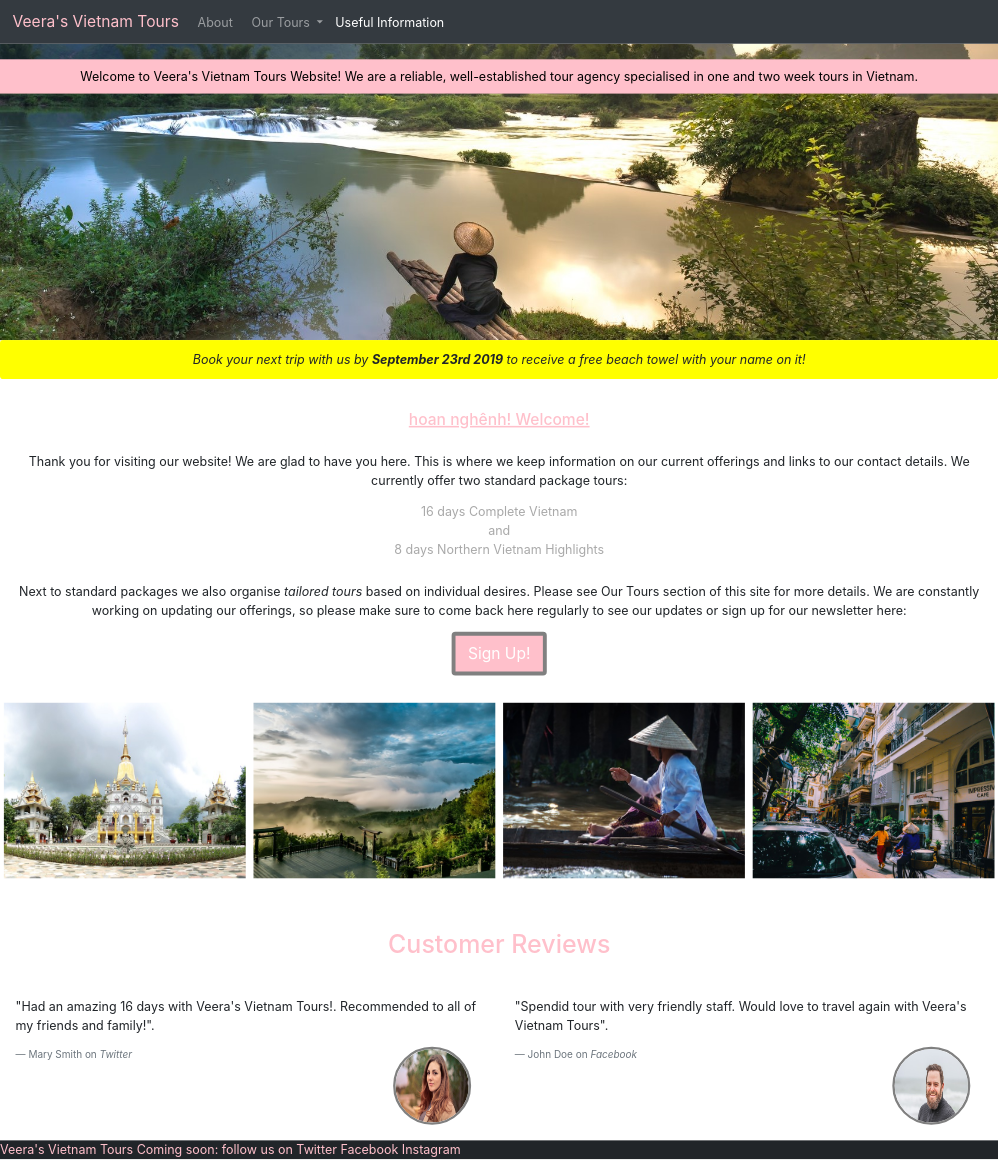
Repository: VAhola/VietnamTour
Page: index.html
The author's editor kept a record of every edit. The page is drawn from the files as they stood at one moment, then again after the next edit.
The browser window is 1280 px wide. The pictures show the whole page, at 78% of full size.

Above is the page before.

### index.html
<!DOCTYPE html>
<html lang="en">
<head>
    <meta charset="UTF-8">
    <meta name="viewport" content="width=device-width, initial-scale=1.0">
    <meta http-equiv="X-UA-Compatible" content="ie=edge">
    <link rel="stylesheet" href="https://stackpath.bootstrapcdn.com/bootstrap/4.3.1/css/bootstrap.min.css" type="text/css" />
    <link rel="stylesheet" href="https://stackpath.bootstrapcdn.com/font-awesome/4.7.0/css/font-awesome.min.css" type="text/css" />
    <link rel="stylesheet" href="style.css" type="text/css" />
    <title>Vietnam Project</title>
</head>
<body>

<!--Nav-->

<nav class="navbar navbar-dark navbar-expand-sm bg-dark">
    <a href="index.html" class="navbar-brand title">Veera's Vietnam Tours</a>
    <button class="navbar-toggler ml-auto" type="button" data-toggle="collapse" data-target="#navbarNavDropdown" aria-controls="navbarNavDropdown" aria-expanded="false" aria-label="Toggle navigation">
        <span class="navbar-toggler-icon"></span>
    </button>
    <div class="collapse navbar-collapse" id="navbarNavDropdown">
        <ul class="navbar-nav mr-auto">
            <li class="nav-item mr-2"><a class="nav-link" href="about.html">About</a></li>
            <li class="nav-item dropdown">
                <a class="nav-link dropdown-toggle" href="#" id="navbarDropdownMenuLink" role="button" data-toggle="dropdown" aria-haspopup="true" aria-expanded="false">
                  Our Tours
                </a>
                    <div class="dropdown-menu" aria-labelledby="navbarDropdownMenuLink">
                        <a class="dropdown-item" href="16d.html">16 Day Complete Vietnam</a>
                        <a class="dropdown-item" href="8d.html">8 Days Vietnam at glance</a>
                        <a class="dropdown-item" href="#">Customised Tours</a>
                    </div>
            </li>
            <li class="active nav-item mr-2"><a class="nav-link" href="Info.html">Useful Information</a></li>
        </ul>
    </div>
</nav>

<!-- /.nav -->

<!--Banner-->

<div class="section1">
    <p class="intro">
     Welcome to Veera's Vietnam Tours Website!

     We are a reliable, well-established tour agency specialised in one and two week tours in Vietnam.
    </p>
 </div>

<!-- /.banner -->

    <div class="alert towel"><em>Book your next trip with us by <strong>September 23rd 2019</strong>  to receive a free beach towel with your name on it!</em></div>


<div>
      <h5>hoan nghênh! Welcome!</h5>
<div class="desth">


     <p>Thank you for visiting our website! We are glad to have you here. This is where we keep information on our current offerings and links to our contact details.
    We currently offer two standard package tours:</p>
    <div class="tours">
        <p class="compact">16 days Complete Vietnam </p>
        <p class="compact">and</p>
        <p class="compact">8 days Northern Vietnam Highlights</p>
    </div>

     <p>Next to standard packages we also organise <em>tailored tours</em> based on individual desires. Please see Our Tours section of this site for more details. We are constantly working on updating our offerings, so please make sure to come back here regularly to see our updates or sign up for our newsletter here:
<br>

    <p><button class="btn btn-lg btn-success1" data-toggle="modal" data-target="#signUpModal">Sign Up!</button></p>
     </div>

</div>


<div class="gallery">
<figure class="gallery_item gallery__item1">
    <img src="Assets/pictures/pagoda-704657_640.jpg" class="gallery__img" alt="Image 1">
</figure>
<figure class="gallery__item gallery__item--2">
    <img src="Assets/pictures/pagoda-2096468_640.jpg" class="gallery__img" alt="Image 2">
</figure>
<figure class="gallery__item gallery__item--3">
    <img src="Assets/pictures/vietnam-630445_640.jpg" class="gallery__img" alt="Image 3">
    </figure>
<figure class="gallery__item gallery__item--4">
    <img src="Assets/pictures/architecture-buildings-car-1004122.jpg" class="gallery__img" alt="Image 4">
    </figure>

 </div>

       <h2>Customer Reviews</h2>


<div class="clearfix">
  <div class="box">
        <div>
          <p>"Had an amazing 16 days with Veera's Vietnam Tours!. Recommended to all of my friends and family!".</p>
          <img src="Assets/pictures/beautiful-blur-blurred-background-733872.jpg" class="rounded-circle mr-3 d-none d-sm-block quote" height=100 width=100>
          <footer class="blockquote-footer">Mary Smith on <cite title="Twitter">Twitter</cite></footer>
      </div>
  </div>
  <div class="box">
      <div>
          <p>"Spendid tour with very friendly staff. Would love to travel again with Veera's Vietnam Tours".</p>
          <img src="Assets/pictures/adult-beach-casual-736716.jpg" class="rounded-circle mr-3 d-none d-sm-block quote" height=100 width=100>
          <footer class="blockquote-footer">John Doe on <cite title="Facebook">Facebook</cite></footer>
      </div>
  </div>
</div>

 <footer class="site">
<p class="bottom">Veera's Vietnam Tours Coming soon: follow us on Twitter Facebook Instagram</p>
 </footer>

    <script src="https://code.jquery.com/jquery-3.3.1.slim.min.js" integrity="sha384-q8i/X+965DzO0rT7abK41JStQIAqVgRVzpbzo5smXKp4YfRvH+8abtTE1Pi6jizo" crossorigin="anonymous"></script>
    <script src="https://cdnjs.cloudflare.com/ajax/libs/popper.js/1.14.3/umd/popper.min.js" integrity="sha384-ZMP7rVo3mIykV+2+9J3UJ46jBk0WLaUAdn689aCwoqbBJiSnjAK/l8WvCWPIPm49" crossorigin="anonymous"></script>
    <script src="https://stackpath.bootstrapcdn.com/bootstrap/4.1.3/js/bootstrap.min.js" integrity="sha384-ChfqqxuZUCnJSK3+MXmPNIyE6ZbWh2IMqE241rYiqJxyMiZ6OW/JmZQ5stwEULTy" crossorigin="anonymous"></script>

</body>
</html>

### style.css
html {
    border: none;
}

/*------------- Styling the header -----------*/

.header {
    background-color: #4F4F4F;
    background-position: center;
    text-align: center;
    background-size: cover;
    color: #fafafa;
    margin:0;
    padding-bottom: 10px;
    padding-top: 10px;

}


.button {
    color: white;
}


.navbar-dark .navbar-brand {
    color: pink;

}

.dropdown-menu {
    background-color: #4F4F4F;
}

.dropdown-item {
    color: #b9bec3;
}


a {
    color:#fafafa;
}

.section1 {
    background-size: cover;
    text-align: center;
    background-image: url(Assets/pictures/bamboo-boat-clouds-cloudscape-2132098.jpg);
    background-repeat: no-repeat;
    min-height: 380px;
    color: black;
    padding: 20px 0px;
    background-position-y: bottom;
    background-position-x: center;
    background-color: darkgray;
}

.intro {
    background-color: pink;
    padding-top:10px;
    padding-bottom:10px;
}
h1, h2, h3{
    color: PINK;
    text-align: center;
    padding-bottom:20px;
    padding-top: 20px;
}

h5 {
    color: pink;
    text-align: center;
    margin-top: 40px;
    margin-bottom: 30px;
    text-decoration: underline
}

.logo {
    background: url("Assets/pictures/adults-buildings-cars-1701001.jpg");
    background-position: center;
    background-repeat: no-repeat;
    background-size: cover;
    min-height: 260px;
    max-height: 440px;
    max-width: 95%
    transition: all .5s ease-in-out;
    -moz-transition: all .5s ease-in-out;
    -webkit-transition: all .5s ease-in-out;
}

li {
    list-style: none;
    text-align: center
}

img.quote {
    border-style: solid;
    border-color: gray;
    float: right;
}

.tours {
    color:darkgray;
    text-align:center;
    margin-bottom:30px;
}

.about_us {
    text-align: justify;
    margin-left: 5px;
    margin-right: 10px;
}

.contacts {
    margin-left: 20px;
    margin-right: 10px;
}

.compact {
    margin: 0;
}
.man {
    background-image: url(Assets/pictures/hanoi-man-market-1004123.jpg);

}

.btn-success1 {
    color: #fff;
    background-color: pink;
    border-color: gray;
    border-width: thick;
}


.towel {
 text-align:center;
 padding-left:15px;
 padding-right:15px;
 background-color: yellow;
}

* {
  box-sizing: border-box;
}

div.box {
  float: left;
  width: 50%;
  padding: 20px;
}

.clearfix::after {
  content: "";
  clear: both;
  display: table;
}

.internary16 {
    text-align: left;
    margin: 10px 20px;
    align-content: center;
    text-align: justify;
}

.right {
    height:200px;
    word-break: break-word;
    float:right;
    margin: 5px;
}

.left {
    height:200px;
    word-break: break-word;
    float:left;
    margin: 5px;
}

.woman {
    float: right;
}


article {
    margin: 5px;
}

img.iten_right {
    border: 1px solid #ddd;
    border-radius: 4px;
    padding: 5px;
    width: 300px;
    margin-left: 10px;
}

img.iten_left {
    border: 1px solid #ddd;
    border-radius: 4px;
    padding: 5px;
    width: 300px;
    margin-right: 10px;
}

img.map_right {
    border: 1px solid #ddd;
    border-radius: 4px;
    width: 130px;
    margin-left: 10px;
}




banner2 {
    display: inline-block;
}

.bggray {
    background-color: #f4f3f3;
    padding-bottom: 10px;
}

.section2 {
    background-size: unset;
    text-align: center;
    background-image: url(Assets/pictures/chaly-pavement-road-2044867.jpg);
    background-repeat: no-repeat;
    min-height: 350px;
    color: black;
    padding: 20px 10px;
    background-position-y: bottom;
    background-position-x: center;
    background-color: darkgray;
}

.dest {
    margin-left: 10px;
    margin-right: 10px;
}

.desth {
    margin-left: 10px;
    margin-right: 10px;
    text-align:center;
}

.ready {
    background-clip: white;
    margin-left: 10px;
    margin-right: 10px;
}

.grid-container-new {
  display: grid;
  justify-content: space-evenly;
  grid-template-columns: 25% 25% 25%; /*Make the grid smaller than the container*/
  grid-gap: 5px;
  padding: 10px;
}

.grid-container {
  display: grid;
  justify-content: space-evenly;
  grid-template-columns: 80% 20%; /*Make the grid smaller than the container*/
  grid-gap: 5px;
  padding: 10px;
}

.grid-item {
  background-color: rgba(255, 255, 255, 0.8);
  border: 1px solid rgba(0, 0, 0, 0.8);
  padding: 20px;
  font-size: 30px;
  text-align: center;
}

.gallery {
    display: grid;
    grid-template-columns: repeat(4, 1fr);
    grid-gap: 10px;
    padding-top:5px;
    margin: 30px 5px;
}

.gallery__img {
    width: 100%;
    height: 100%;
    object-fit: cover;
}

.people {
    display: grid;
    grid-template-columns: repeat(2, 1fr);
    grid-gap: 10px;
    margin-left: 5px;
    margin-right: 5px;
    padding-top:5px;
}

.people__img {
    width: 100%;
    height: 100%;
    object-fit: cover;
}

.header5 {
    color: pink;
    text-decoration: underline;
}

.review1{
    display: inline-block;
}

footer.site {
    background-color: #212529;
    color: pink;
    background-size: cover;
    margin-bottom: 0;
}

/* media queries */

@media (max-width:767px) {
    body {
    font-size:small;
    }
    .review{
    text-align:center;
    padding:20px 10px;
    margin-bottom:40px;
    display:inline;
    font-size:smaller;
    }

@media (min-width: 768px) and (max-width: 991px) {
    .review {
    text-align:center;
    padding:20px 10px;
    margin-bottom:40px;
    display:flex;
    font-size:small;
    }
}

@media (min-width: 992px) and (max-width: 1800px) {
    .review{
    text-align:center;
    padding:20px 10px;
    margin-bottom:40px;
    margin-left: 20px;
    margin-right: 20px;
    display:inline-flex;
    }
}

After the next edit:
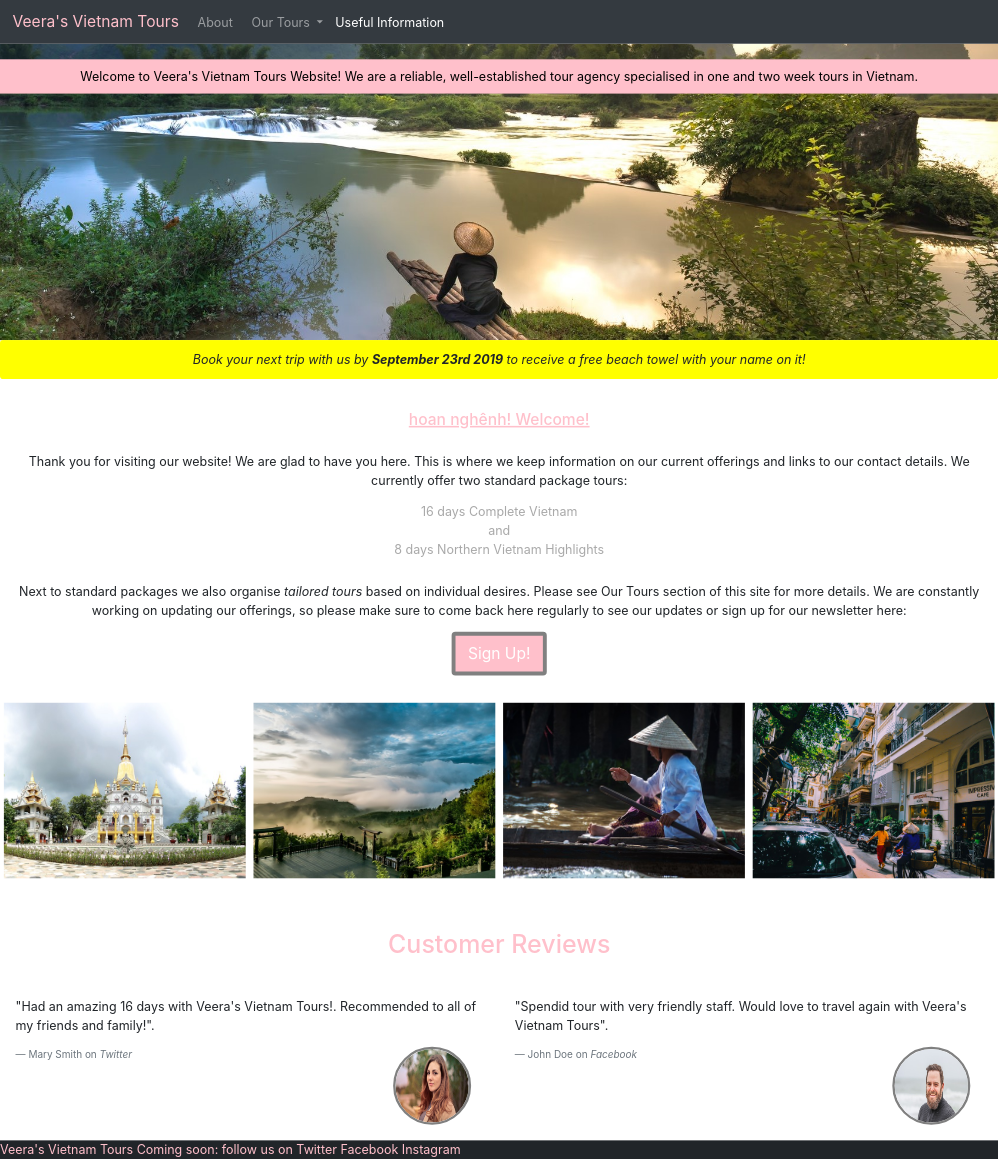
The edit:
--- a/style.css
+++ b/style.css
@@ -317,6 +317,9 @@
     margin-bottom: 0;
 }
 
+.bottom {
+    margin-bottom: 0;
+}
 /* media queries */
 
 @media (max-width:767px) {
